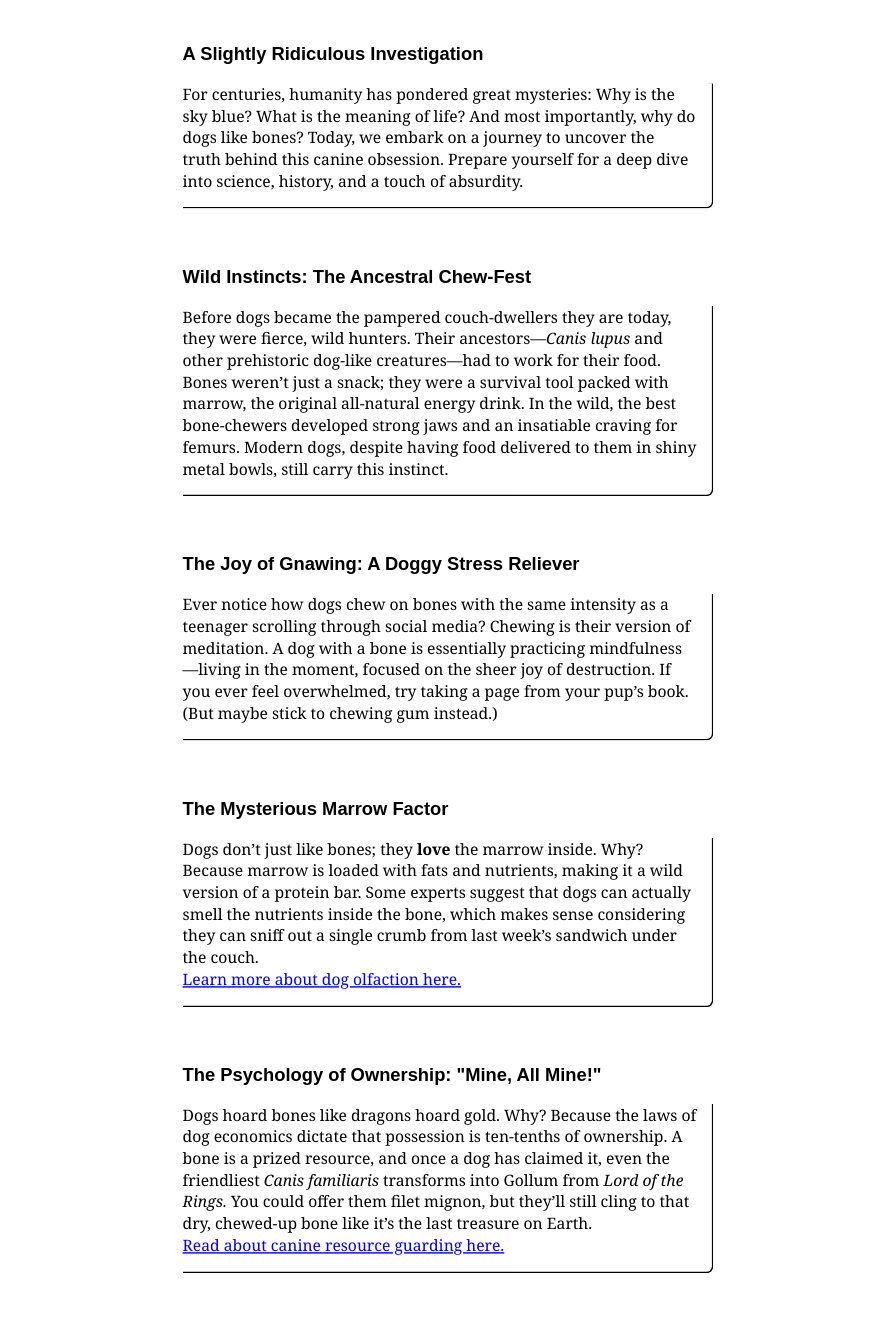
Repository: Leith-vdl/apprentice-challenge-1
Page: index.html
An editor plug-in stored every save of this project. The page is shown before and after the next save, followed by the edit.
The browser window is 1280 px wide. The pictures show the part of the page from y = 97 to 1997 px (the page is 2712 px tall before and 2749 px after), at 70% of full size.
A picture or video elsewhere on the page could not be fetched, so the positions and the page height are approximate. Some web fonts or font styles are not loaded; a fallback is used.

Above is the page before, as saved 2025-02-06 09:16:27.

After the next save:
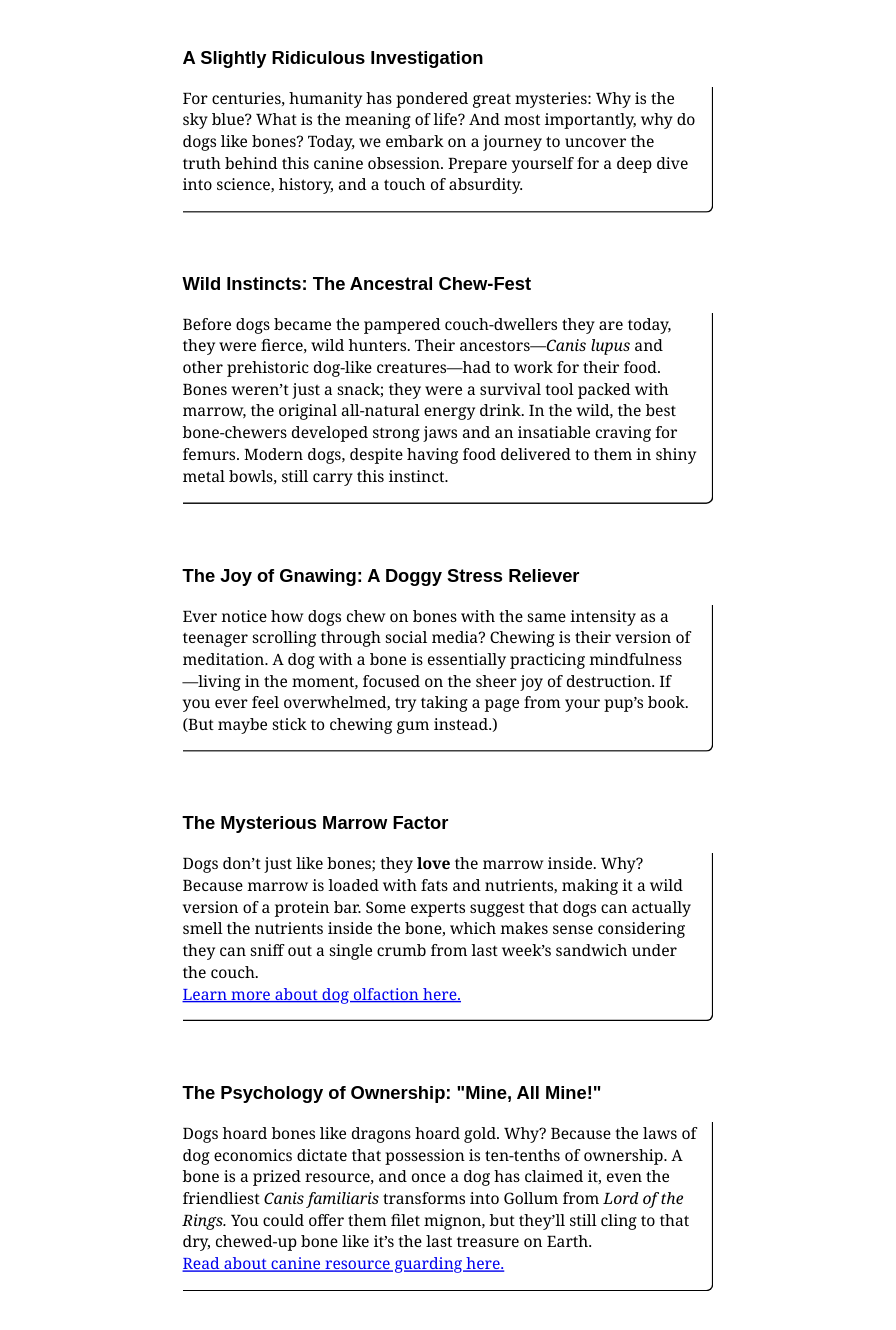
Saved 7 s later.
--- a/styles/styles.css
+++ b/styles/styles.css
@@ -26,7 +26,7 @@ header.page-header {
 
 h1.page-header-title, h3.section-title {
     font-family: sans-serif;
-    padding-top: 1.4em;
+    padding-top: 1.6em;
 }
 
 section.page-content-section {
